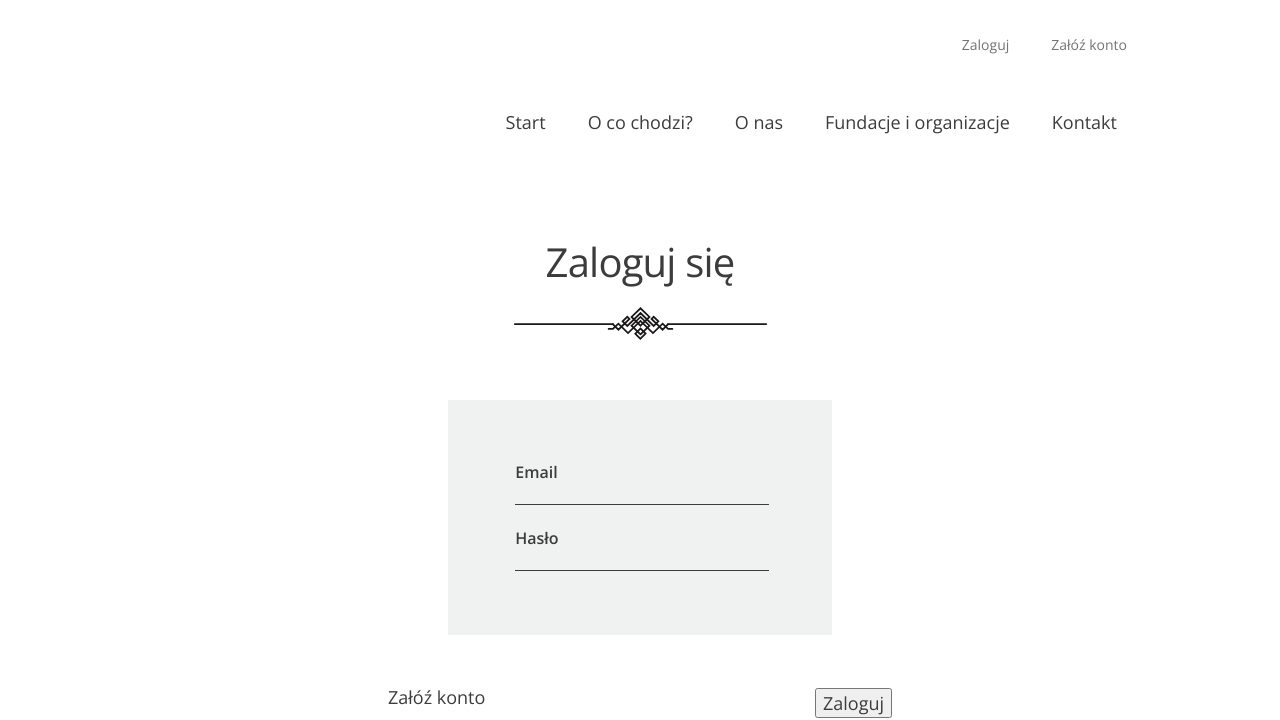
Repository: tomekwoojcik/oddam-w-dobre-rence
Page: /logowanie
These files come from the project's save history. The page is drawn as it stood at one moment and after the next save; the edit follows.
The browser window is 1280 px wide. The pictures show the whole page.
The project was rebuilt for these pictures with package versions that can differ from the ones it lists, and the page was loaded fresh each time. Also part of the build but not shown: src/config/supabaseClient.js, src/components/context/databaseContext.js, src/components/atoms/aboutUsImg/aboutUsImg.js, src/components/atoms/aboutUsText/aboutUsText.js, src/components/organisms/aboutUsBar/aboutUsBar.js, src/components/atoms/textAreaInput/textAreaInput.js, src/components/molecules/contactForm/contactForm.js, src/components/molecules/contactUsForm/contactUsForm.js and 27 more.

Above is the page before, as saved 2022-12-14 07:42:46.

After the next save:
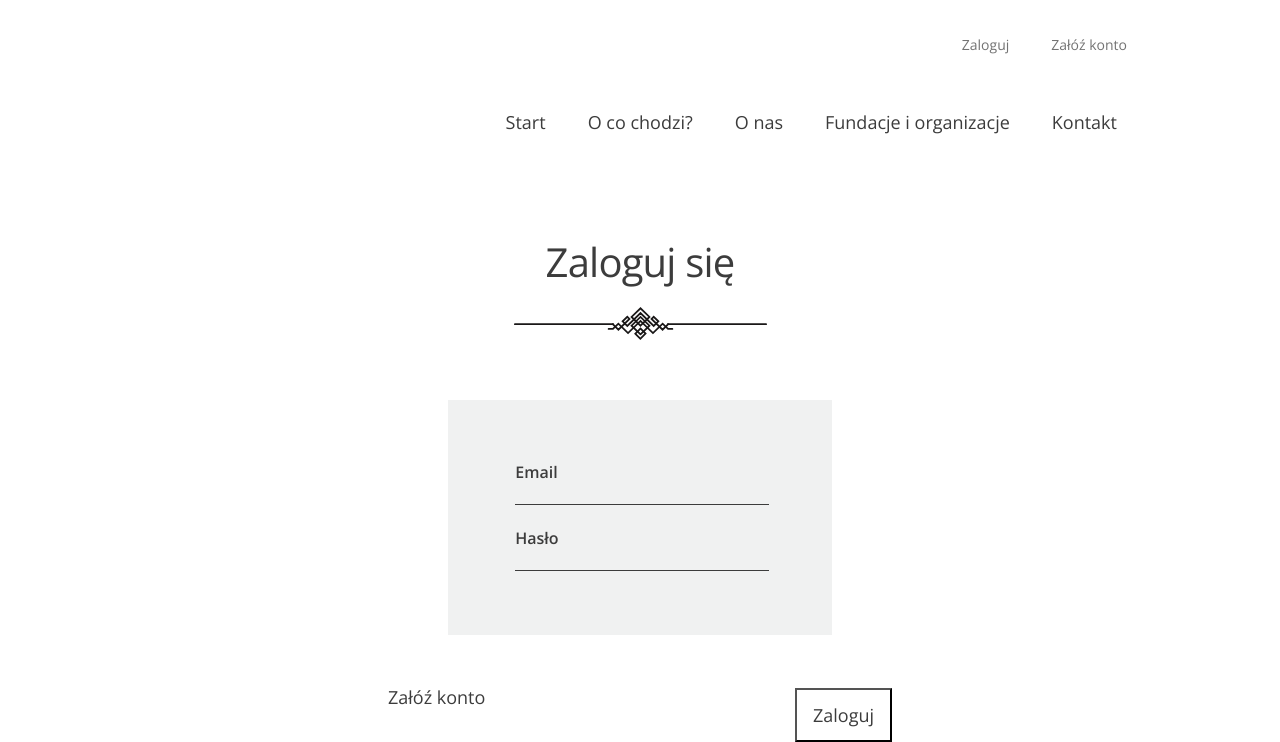
Saved 35 s later.
--- a/src/components/molecules/formLogin/_formLogin.scss
+++ b/src/components/molecules/formLogin/_formLogin.scss
@@ -44,6 +44,8 @@
             font-size: 18px;
             color: $black-color;
             font-weight: 300;
+            padding: 13px 16px;
+            background-color: white;
         }
     }
 }
